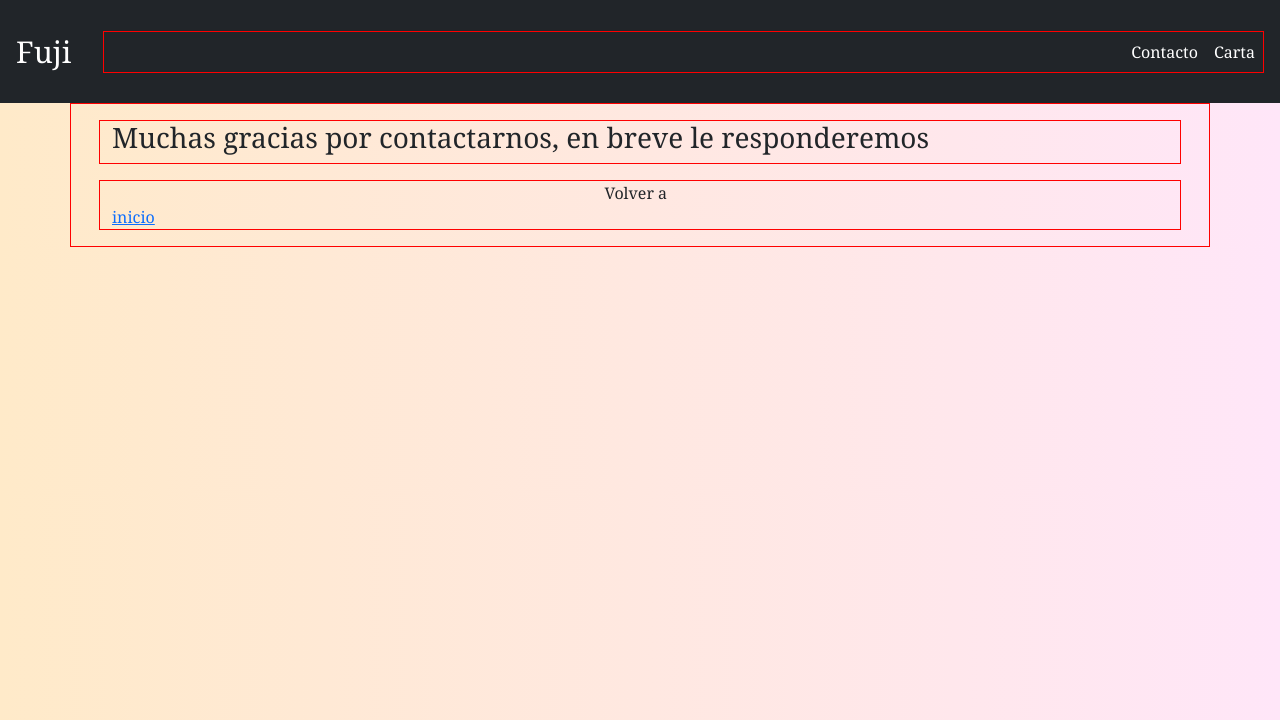
Repository: aipacheco/Fuji-restaurante
Page: answer.html
These files come from the project's save history. The page is drawn as it stood at one moment and after the next save; the edit follows.
The browser window is 1280 px wide. The pictures show the whole page.
Some web libraries are served in a nearby version.

Above is the page before, as saved 2024-01-29 18:06:49.

### answer.html
<!DOCTYPE html>
<html lang="en">
  <head>
    <meta charset="UTF-8" />
    <meta name="viewport" content="width=device-width, initial-scale=1.0" />

    <link
      href="https://cdn.jsdelivr.net/npm/bootstrap@5.3.2/dist/css/bootstrap.min.css"
      rel="stylesheet"
      integrity="sha384-T3c6CoIi6uLrA9TneNEoa7RxnatzjcDSCmG1MXxSR1GAsXEV/Dwwykc2MPK8M2HN"
      crossorigin="anonymous"
    />
    <link rel="stylesheet" href="./css/styles.css" />
    <title>Respuesta</title>
  </head>

  <body>
    <!-- Navbar -->
    <nav class="navbar navbar-expand-lg bg-dark" data-bs-theme="dark">
      <a class="navbar-brand d-flex align-items-center m-3" href="./index.html">
        <span id="icon">Fuji</span>
      </a>

      <button
        class="navbar-toggler m-3"
        type="button"
        data-toggle="collapse"
        data-target="#navbarNavDropdown"
        aria-controls="navbarNavDropdown"
        aria-expanded="false"
        aria-label="Toggle navigation"
      >
        <span class="navbar-toggler-icon"></span>
      </button>

      <div
        class="collapse navbar-collapse justify-content-end m-3"
        id="navbarNavDropdown"
      >
        <ul class="navbar-nav align-items-center">
          <li class="nav-item active m-2">
            <a href="/contacto.html">Contacto</a>
          </li>
          <li class="nav-item active m-2">
            <a href="/menu.html">Carta</a>
          </li>
        </ul>
      </div>
    </nav>

    <div class="container">
      <div class="row  d-flex justify-content-center m-3">
        <h3>Muchas gracias por contactarnos, en breve le responderemos</h3>
      </div>
      <div class="row d-flex justify-content-center text-start m-3">
        Volver a &nbsp;<a href="./index.html">inicio</a>
      </div>
    </div>

    <script src="https://code.jquery.com/jquery-3.2.1.slim.min.js"></script>
    <script src="https://cdnjs.cloudflare.com/ajax/libs/popper.js/1.12.9/umd/popper.min.js"></script>
    <script src="https://maxcdn.bootstrapcdn.com/bootstrap/4.0.0/js/bootstrap.min.js"></script>
  </body>
</html>

### css/styles.css
body {
  font-family: Georgia, "Times New Roman", Times, serif !important;
  margin: 0;
  padding: 0;
  background: rgb(255, 234, 201);
  background: linear-gradient(
    90deg,
    rgba(255, 234, 201, 1) 0%,
    rgba(255, 230, 248, 1) 100%
  );
  /* height: 100vh;
  width: 100vw; */
}
div {
  border: 1px solid red;
}
nav a{
  text-decoration: none;
  color: white;
}
#icon {
  font-size: 1.5em;
}
.img-restaurante{
  max-height: 30em;
  width: auto;
  object-fit: cover;
}
textarea {
  resize: none !important;
}
.card {
  background-color: rgba(250, 235, 215, 0.212);
  transition: 0.5s;
}
.card:hover{
  box-shadow: 6px 5px 10px 1px rgba(0,0,0,0.75);
  transition: 0.5s;
}
.card-footer{
  background-color: rgb(255, 241, 241);

}
.card-title{
  font-weight: bold;
}
.jumbotron{
  font-size: 6em;
  text-shadow: 1px 1px 3px #ffffff92, 1px 1px 15px #ededed50;
}

.img-menu {
  max-height: 17em;
  width: auto;
  object-fit: cover;
}
.row-menu{
  margin-top: 1em;
  margin-bottom: 1em;
}
iframe{

  height: 20em;
  padding: 0;
  margin: 0;
}

After the next save:
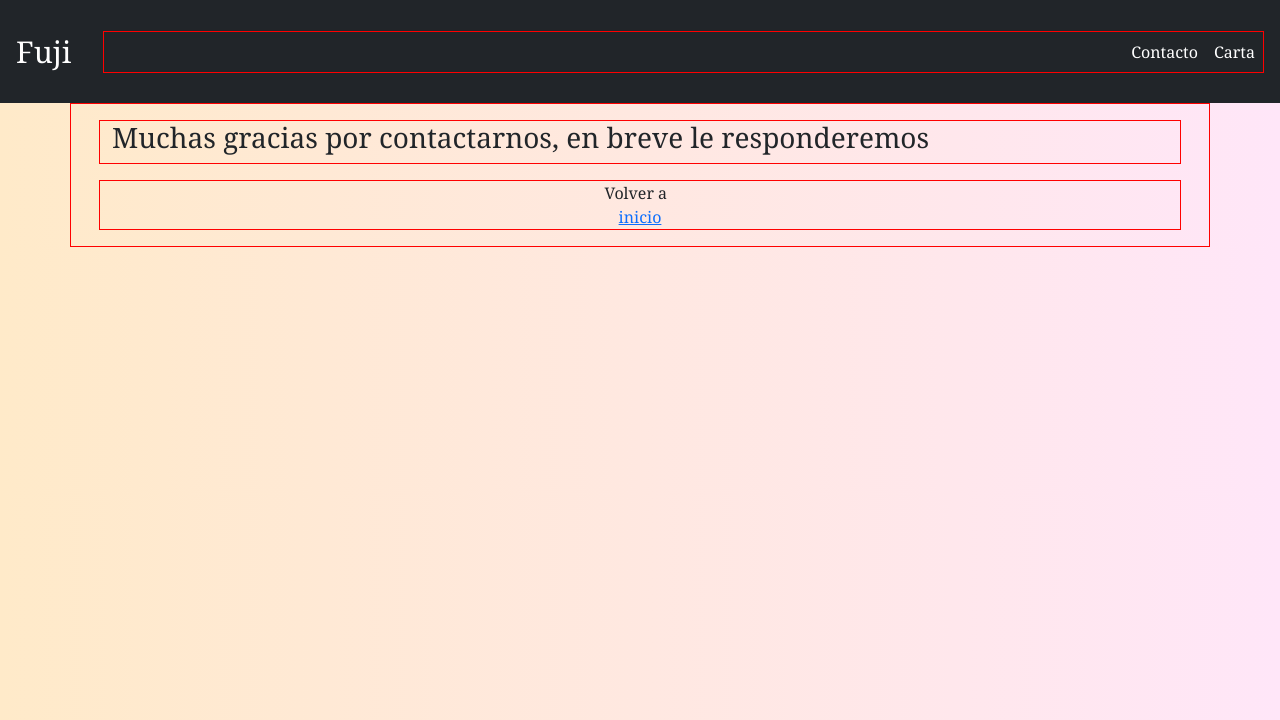
Saved 93 s later.
--- a/answer.html
+++ b/answer.html
@@ -52,7 +52,7 @@
       <div class="row  d-flex justify-content-center m-3">
         <h3>Muchas gracias por contactarnos, en breve le responderemos</h3>
       </div>
-      <div class="row d-flex justify-content-center text-start m-3">
+      <div class="row d-flex justify-content-center text-center m-3">
         Volver a &nbsp;<a href="./index.html">inicio</a>
       </div>
     </div>
